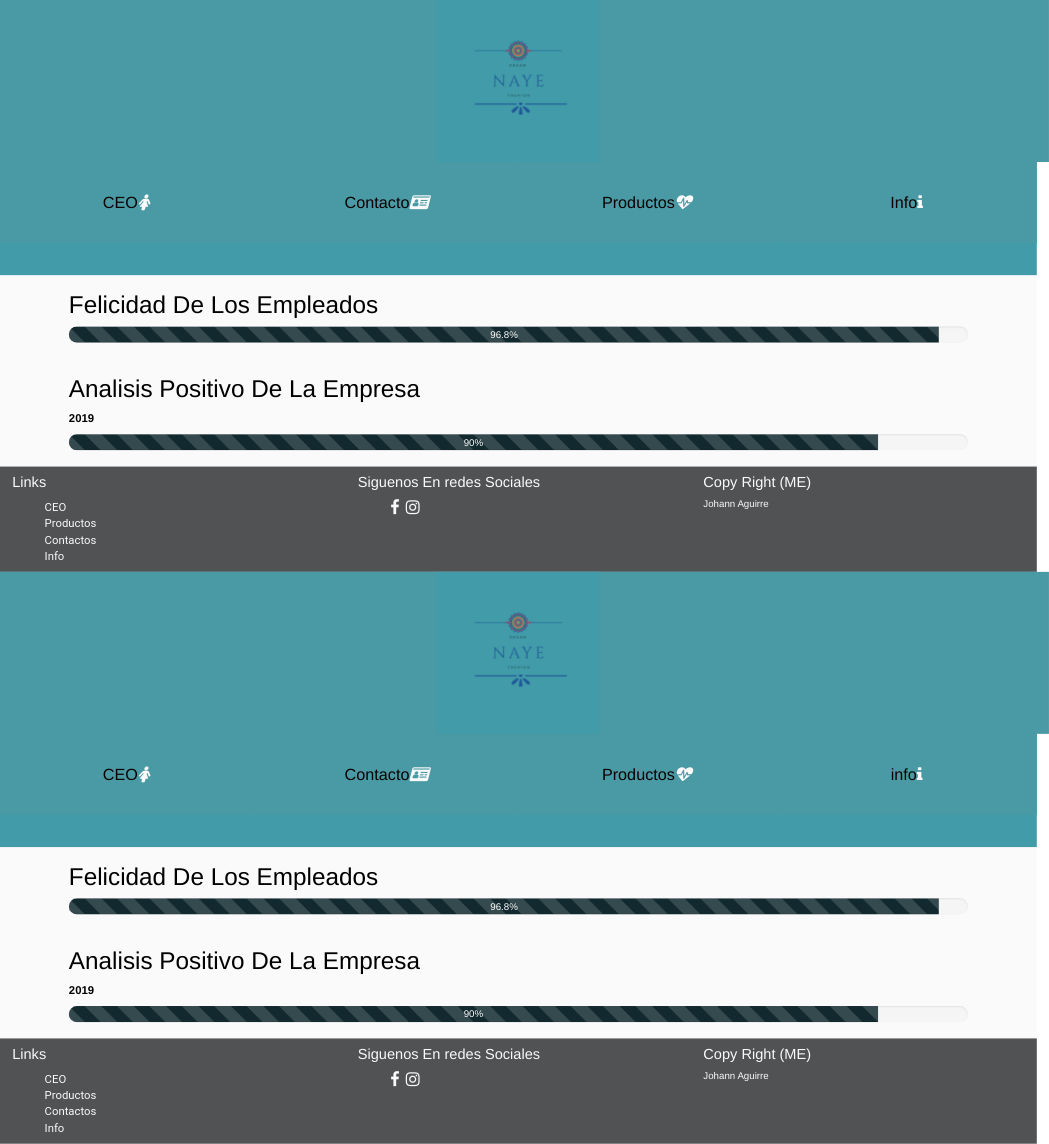
Repository: cachimiro/1-mile-stone-project
Page: informacion.html
The author's editor kept a record of every edit. The page is drawn from the files as they stood at one moment, then again after the next edit.
The browser window is 1280 px wide. The page is 1295 px wide, so the pictures cover 1295 px, including what lies to the right of the window. The pictures show the whole page, at 81% of full size.
Some web libraries are served in a nearby version.

Above is the page before.

### informacion.html
<!DOCTYPE html>
<html lang="es">

<head>
    <meta charset="UTF-8">
    <meta name="viewport" content="width=device-width, initial-scale=1.0">
    <meta http-equiv="X-UA-Compatible" content="ie=edge">
     <link rel="stylesheet" href="https://stackpath.bootstrapcdn.com/bootstrap/4.2.1/css/bootstrap.min.css" type="text/css" />
    <link rel="stylesheet" href="https://maxcdn.bootstrapcdn.com/bootstrap/3.4.0/css/bootstrap.min.css">
    <script src="https://ajax.googleapis.com/ajax/libs/jquery/3.4.1/jquery.min.js"></script>
    <script src="https://maxcdn.bootstrapcdn.com/bootstrap/3.4.0/js/bootstrap.min.js"></script>
    <link rel="stylesheet" href="https://stackpath.bootstrapcdn.com/font-awesome/4.7.0/css/font-awesome.min.css" type="text/css" />
    <link rel="stylesheet" href="https://cdnjs.cloudflare.com/ajax/libs/hover.css/2.3.1/css/hover-min.css" type="text/css" />
    <link rel="stylesheet" href="css/style.css" type="text/css" />
    <title>NAYE accesirios</title>
</head>

<body>


    <header class="info-header">
        <div class="row no-gutters nowrap">
            <a href="#" class="col-sx-12 col logo-3 ">
            <img src="photo/logo.png" alt="logo"/>
            </a>



        </div>
        <div class="row no-gutters inline-block">
            <div class="col"></div>
            <ul id="nav" class="list-inline menucontainer">
               <li class="col-6 col-sm-3 ui-menu-color-ceo list-inline-item menuitem-3 ">
                            <a href="index.html">CEO<i class="fa fa-ceo hvr-icon" aria-hidden="true"> <span><i class="fas fa-female"></i></span></i>  </a>
                        </li>
                        <li class="col-6 col-sm-3 ui-menu-color-contacto list-inline-item menuitem-3 ">
                            <a href="contactos.html">Contacto<i class="fa fa-contact hvr-icon" aria-hidden="true"> <span><i class="far fa-id-card"></i></span></i>  </a>
                        </li>
                        <li class="col-6 col-sm-3 ui-menu-color-productos list-inline-item menuitem-3">
                            <a href="productos.html"> Productos<i class="fa fa-crown hvr-icon" aria-hidden="true"> <span><i class="fas fa-heartbeat"></i></span></i>  </a>
                        </li>
                        <li class="col-6 col-sm-3 ui-menu-color-info list-inline-item menuitem-3 ">
                            <a href="informacion.html">Info<i class="fa fa-info hvr-icon" aria-hidden="true"></i>  </a>
                        </li>


            </ul>

        </div>

        </div>
         </header>
        <section class="colour-section">

        <div class="container">
            <h2>Felicidad De Los Empleados</h2>
            <div class="progress">
                <div class="progress-bar progress-bar-striped active bar-2" role="progressbar" aria-valuenow="96.8" aria-valuemin="0" aria-valuemax="100" style="width:96.8%">
                    96.8%
                </div>
            </div>
        </div>
        <div class="container">
            <h2>Analisis Positivo De La Empresa</h2>
            <p><strong>2019</strong></p>
            <div class="progress">
                <div class="progress-bar progress-bar-striped active bar-3" role="progressbar" aria-valuenow="90" aria-valuemin="0" aria-valuemax="100" style="width:90%">
                    90%
                </div>
            </div>
        </div>


    </section>
    <footer class="container-fluid">
        <div id="footer-detail" class="row">
            <div class="col-sm-4">
                <h4 class="uppercase general-sub">Links</h4>
                <p class="inline-block">
                    <ul class="links-footer">
                        <a href="index.html">
                            <li>
                                CEO
                            </li>
                        </a>
                        <a href="productos.html">
                            <li>
                                Productos
                            </li>
                        </a>
                        <a href="contactos.html">
                            <li>
                                Contactos
                            </li>
                        </a>
                        <a href="#">
                            <li>
                                Info
                            </li>
                        </a>
                    </ul>
                </p>
            </div>
            <div class="col-sm-4">
                <h4 class="uppercase general-sub">Siguenos En redes Sociales</h4>
                <ul class="social-media-icons">
                    <li class="list-inline-item">
                        <a href="https://m.facebook.com/Nayeaccesorio/" target="_blank" class="">
                        <i class="fa fa-facebook" aria-hidden="true"></i>
                        <span class="sr-only">Facebook</span>
                        </a>
                    </li>
                    <li class="list-inline-item"></li>
                    <a href="https://www.instagram.com/nayeaccesorios/" target="_blank" class="">
                         <i class="fa fa-instagram" aria-hidden="true"></i>
                            <span class="sr-only">Instagram</span>
                            </a>
                    </li>
                </ul>
            </div>
            <div class="col-sm-4">
                <h4 class="uppercase general-sub"> Copy Right (ME)</h4>
                <h6>Johann Aguirre</h6>





            </div>
        </div>


    </footer>
</body>

</html>
<!DOCTYPE html>
<html lang="es">

<head>
    <meta charset="UTF-8">
    <meta name="viewport" content="width=device-width, initial-scale=1.0">
    <meta http-equiv="X-UA-Compatible" content="ie=edge">
     <link rel="stylesheet" href="https://stackpath.bootstrapcdn.com/bootstrap/4.2.1/css/bootstrap.min.css" type="text/css" />
    <link rel="stylesheet" href="https://maxcdn.bootstrapcdn.com/bootstrap/3.4.0/css/bootstrap.min.css">
    <script src="https://ajax.googleapis.com/ajax/libs/jquery/3.4.1/jquery.min.js"></script>
    <script src="https://maxcdn.bootstrapcdn.com/bootstrap/3.4.0/js/bootstrap.min.js"></script>
    <link rel="stylesheet" href="https://stackpath.bootstrapcdn.com/font-awesome/4.7.0/css/font-awesome.min.css" type="text/css" />
    <link rel="stylesheet" href="https://cdnjs.cloudflare.com/ajax/libs/hover.css/2.3.1/css/hover-min.css" type="text/css" />
    <link rel="stylesheet" href="css/style.css" type="text/css" />
    <title>NAYE accesirios</title>
</head>

<body>


    <header class="info-header">
        <div class="row no-gutters nowrap">
            <a href="#" class="col-sx-12 col logo-3 ">
            <img src="photo/logo.png" alt="logo"/>
            </a>



        </div>
        <div class="row no-gutters inline-block">
            <div class="col"></div>
            <ul id="nav" class="list-inline menucontainer">
               <li class="col-6 col-sm-3 ui-menu-color-ceo list-inline-item menuitem-3 ">
                            <a href="index.html">CEO<i class="fa fa-ceo hvr-icon" aria-hidden="true"> <span><i class="fas fa-female"></i></span></i>  </a>
                        </li>
                        <li class="col-6 col-sm-3 ui-menu-color-contacto list-inline-item menuitem-3 ">
                            <a href="contactos.html">Contacto<i class="fa fa-contact hvr-icon" aria-hidden="true"> <span><i class="far fa-id-card"></i></span></i>  </a>
                        </li>
                        <li class="col-6 col-sm-3 ui-menu-color-productos list-inline-item menuitem-3">
                            <a href="productos.html"> Productos<i class="fa fa-crown hvr-icon" aria-hidden="true"> <span><i class="fas fa-heartbeat"></i></span></i>  </a>
                        </li>
                        <li class="col-6 col-sm-3 ui-menu-color-info list-inline-item menuitem-3 ">
                            <a href="informacion.html">info<i class="fa fa-info hvr-icon" aria-hidden="true"></i>  </a>
                        </li>

                </li>
            </ul>

        </div>

        </div>
         </header>
        <section class="colour-section">

        <div class="container">
            <h2>Felicidad De Los Empleados</h2>
            <div class="progress">
                <div class="progress-bar progress-bar-striped active bar-2" role="progressbar" aria-valuenow="96.8" aria-valuemin="0" aria-valuemax="100" style="width:96.8%">
                    96.8%
                </div>
            </div>
        </div>
        <div class="container">
            <h2>Analisis Positivo De La Empresa</h2>
            <p><strong>2019</strong></p>
            <div class="progress">
                <div class="progress-bar progress-bar-striped active bar-3" role="progressbar" aria-valuenow="90" aria-valuemin="0" aria-valuemax="100" style="width:90%">
                    90%
                </div>
            </div>
        </div>


    </section>
    <footer class="container-fluid">
        <div id="footer-detail" class="row">
            <div class="col-sm-4">
                <h4 class="uppercase general-sub">Links</h4>
                <p class="inline-block">
                    <ul class="links-footer">
                        <a href="index.html">
                            <li>
                                CEO
                            </li>
                        </a>
                        <a href="productos.html">
                            <li>
                                Productos
                            </li>
                        </a>
                        <a href="contactos.html">
                            <li>
                                Contactos
                            </li>
                        </a>
                        <a href="#">
                            <li>
                                Info
                            </li>
                        </a>
                    </ul>
                </p>
            </div>
            <div class="col-sm-4">
                <h4 class="uppercase general-sub">Siguenos En redes Sociales</h4>
                <ul class="social-media-icons">
                    <li class="list-inline-item">
                        <a href="https://m.facebook.com/Nayeaccesorio/" target="_blank" class="">
                        <i class="fa fa-facebook" aria-hidden="true"></i>
                        <span class="sr-only">Facebook</span>
                        </a>
                    </li>
                    <li class="list-inline-item"></li>
                    <a href="https://www.instagram.com/nayeaccesorios/" target="_blank" class="">
                         <i class="fa fa-instagram" aria-hidden="true"></i>
                            <span class="sr-only">Instagram</span>
                            </a>
                    </li>
                </ul>
            </div>
            <div class="col-sm-4">
                <h4 class="uppercase general-sub"> Copy Right (ME)</h4>
                <h6>Johann Aguirre</h6>





            </div>
        </div>


    </footer>
</body>

</html>

Loaded but not shown: css/style.css (631 lines, source omitted)

After the next edit:
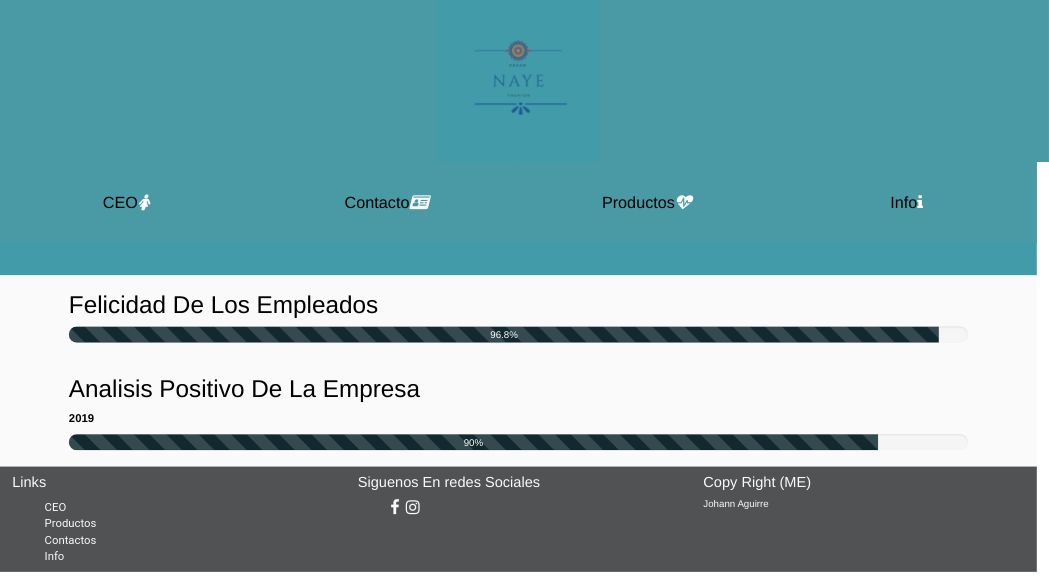
The edit:
--- a/informacion.html
+++ b/informacion.html
@@ -134,139 +134,3 @@
 </body>
 
 </html>
-<!DOCTYPE html>
-<html lang="es">
-
-<head>
-    <meta charset="UTF-8">
-    <meta name="viewport" content="width=device-width, initial-scale=1.0">
-    <meta http-equiv="X-UA-Compatible" content="ie=edge">
-     <link rel="stylesheet" href="https://stackpath.bootstrapcdn.com/bootstrap/4.2.1/css/bootstrap.min.css" type="text/css" />
-    <link rel="stylesheet" href="https://maxcdn.bootstrapcdn.com/bootstrap/3.4.0/css/bootstrap.min.css">
-    <script src="https://ajax.googleapis.com/ajax/libs/jquery/3.4.1/jquery.min.js"></script>
-    <script src="https://maxcdn.bootstrapcdn.com/bootstrap/3.4.0/js/bootstrap.min.js"></script>
-    <link rel="stylesheet" href="https://stackpath.bootstrapcdn.com/font-awesome/4.7.0/css/font-awesome.min.css" type="text/css" />
-    <link rel="stylesheet" href="https://cdnjs.cloudflare.com/ajax/libs/hover.css/2.3.1/css/hover-min.css" type="text/css" />
-    <link rel="stylesheet" href="css/style.css" type="text/css" />
-    <title>NAYE accesirios</title>
-</head>
-
-<body>
-
-
-    <header class="info-header">
-        <div class="row no-gutters nowrap">
-            <a href="#" class="col-sx-12 col logo-3 ">
-            <img src="photo/logo.png" alt="logo"/>
-            </a>
-
-
-
-        </div>
-        <div class="row no-gutters inline-block">
-            <div class="col"></div>
-            <ul id="nav" class="list-inline menucontainer">
-               <li class="col-6 col-sm-3 ui-menu-color-ceo list-inline-item menuitem-3 ">
-                            <a href="index.html">CEO<i class="fa fa-ceo hvr-icon" aria-hidden="true"> <span><i class="fas fa-female"></i></span></i>  </a>
-                        </li>
-                        <li class="col-6 col-sm-3 ui-menu-color-contacto list-inline-item menuitem-3 ">
-                            <a href="contactos.html">Contacto<i class="fa fa-contact hvr-icon" aria-hidden="true"> <span><i class="far fa-id-card"></i></span></i>  </a>
-                        </li>
-                        <li class="col-6 col-sm-3 ui-menu-color-productos list-inline-item menuitem-3">
-                            <a href="productos.html"> Productos<i class="fa fa-crown hvr-icon" aria-hidden="true"> <span><i class="fas fa-heartbeat"></i></span></i>  </a>
-                        </li>
-                        <li class="col-6 col-sm-3 ui-menu-color-info list-inline-item menuitem-3 ">
-                            <a href="informacion.html">info<i class="fa fa-info hvr-icon" aria-hidden="true"></i>  </a>
-                        </li>
-
-                </li>
-            </ul>
-
-        </div>
-
-        </div>
-         </header>
-        <section class="colour-section">
-
-        <div class="container">
-            <h2>Felicidad De Los Empleados</h2>
-            <div class="progress">
-                <div class="progress-bar progress-bar-striped active bar-2" role="progressbar" aria-valuenow="96.8" aria-valuemin="0" aria-valuemax="100" style="width:96.8%">
-                    96.8%
-                </div>
-            </div>
-        </div>
-        <div class="container">
-            <h2>Analisis Positivo De La Empresa</h2>
-            <p><strong>2019</strong></p>
-            <div class="progress">
-                <div class="progress-bar progress-bar-striped active bar-3" role="progressbar" aria-valuenow="90" aria-valuemin="0" aria-valuemax="100" style="width:90%">
-                    90%
-                </div>
-            </div>
-        </div>
-
-
-    </section>
-    <footer class="container-fluid">
-        <div id="footer-detail" class="row">
-            <div class="col-sm-4">
-                <h4 class="uppercase general-sub">Links</h4>
-                <p class="inline-block">
-                    <ul class="links-footer">
-                        <a href="index.html">
-                            <li>
-                                CEO
-                            </li>
-                        </a>
-                        <a href="productos.html">
-                            <li>
-                                Productos
-                            </li>
-                        </a>
-                        <a href="contactos.html">
-                            <li>
-                                Contactos
-                            </li>
-                        </a>
-                        <a href="#">
-                            <li>
-                                Info
-                            </li>
-                        </a>
-                    </ul>
-                </p>
-            </div>
-            <div class="col-sm-4">
-                <h4 class="uppercase general-sub">Siguenos En redes Sociales</h4>
-                <ul class="social-media-icons">
-                    <li class="list-inline-item">
-                        <a href="https://m.facebook.com/Nayeaccesorio/" target="_blank" class="">
-                        <i class="fa fa-facebook" aria-hidden="true"></i>
-                        <span class="sr-only">Facebook</span>
-                        </a>
-                    </li>
-                    <li class="list-inline-item"></li>
-                    <a href="https://www.instagram.com/nayeaccesorios/" target="_blank" class="">
-                         <i class="fa fa-instagram" aria-hidden="true"></i>
-                            <span class="sr-only">Instagram</span>
-                            </a>
-                    </li>
-                </ul>
-            </div>
-            <div class="col-sm-4">
-                <h4 class="uppercase general-sub"> Copy Right (ME)</h4>
-                <h6>Johann Aguirre</h6>
-
-
-
-
-
-            </div>
-        </div>
-
-
-    </footer>
-</body>
-
-</html>
